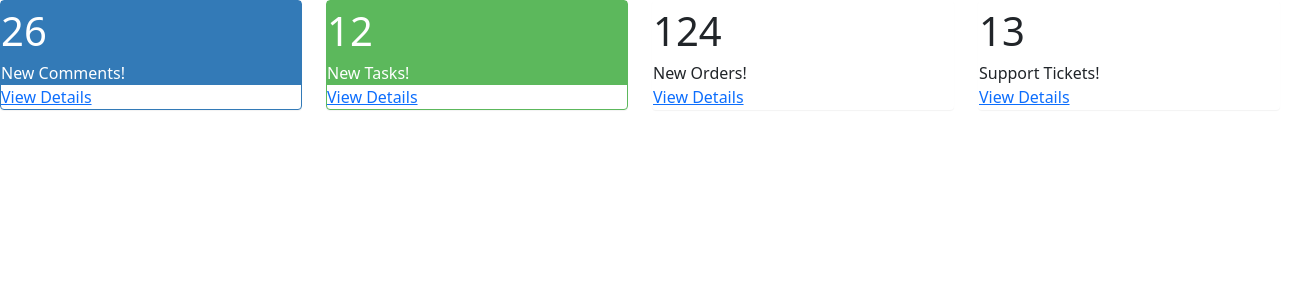
Repository: aache/call-log-management
Page: /dashboard
An editor plug-in stored every save of this project. The page is shown before and after the next save, followed by the edit.
The browser window is 1280 px wide. The page is 1292 px wide, so the pictures cover 1292 px, including what lies to the right of the window. The pictures show the whole page.
The project was rebuilt for these pictures with package versions that can differ from the ones it lists, and the page was loaded fresh each time. Also part of the build but not shown: angular.json, src/app/login/login.component.ts, src/app/vertical-navigation/vertical-navigation.component.ts.

Above is the page before, as saved 2019-01-05 16:08:15.

### src/index.html
<!doctype html>
<html lang="en">
<head>
  <meta charset="utf-8">
  <title>CallLogApp</title>

  <base href="/">

  <meta name="viewport" content="width=device-width, initial-scale=1">
  <link rel="icon" type="image/x-icon" href="favicon.ico">
</head>
<body>
  <app-root></app-root>
</body>
</html>

### src/app/app.module.ts
import { BrowserModule } from '@angular/platform-browser';
import { NgModule } from '@angular/core';
import { AppRoutingModule } from './app-routing.module';
import { ReactiveFormsModule } from '@angular/forms';

import { AppComponent } from './app.component';
import { LoginComponent } from './login/login.component';
import { DashboardComponent } from './dashboard/dashboard.component';
import { VerticalNavigationComponent } from './vertical-navigation/vertical-navigation.component';


import { LoginAuthService } from './services/login/login-auth.service';
import { AppSettings } from './app-settings';

@NgModule({
  declarations: [
    AppComponent,
    LoginComponent,
    DashboardComponent,
    VerticalNavigationComponent
  ],
  imports: [
    BrowserModule,
    AppRoutingModule,
    ReactiveFormsModule
  ],
  providers: [
    AppSettings,
    LoginAuthService
  ],
  bootstrap: [AppComponent]
})
export class AppModule { }

### src/app/app-routing.module.ts
import { NgModule } from '@angular/core';
import { Routes, RouterModule } from '@angular/router';
import { AppComponent } from './app.component';
import { LoginComponent } from './login/login.component';
import { DashboardComponent } from './dashboard/dashboard.component';

const routes: Routes = [
  {path: 'dashboard' , component: DashboardComponent},
  {path: '' , component: LoginComponent}
];

@NgModule({
  imports: [RouterModule.forRoot(routes)],
  exports: [RouterModule]
})
export class AppRoutingModule { }

### src/app/app.component.ts
import { Component } from '@angular/core';

@Component({
  selector: 'app-root',
  templateUrl: './app.component.html',
  styleUrls: ['./app.component.css' ]
})
export class AppComponent {
  title = 'call-log-app';
}

### src/app/services/login/login-auth.service.ts
import { Injectable } from '@angular/core';
import { AppSettings } from '../../app-settings';

@Injectable({
  providedIn: 'root'
})
export class LoginAuthService {

  constructor() { }
  printLogin(username: String, password: String) {
    console.log(username + '::::' + password + AppSettings.API_ENDPOINT);
  }
}

### src/app/app-settings.ts
export class AppSettings {
    public static API_ENDPOINT = 'http://127.0.0.1:3000/api/';
}

### src/app/app.component.html
<!--The content below is only a placeholder and can be replaced.-->
<!--app-vertical-navigation></app-vertical-navigation-->
<router-outlet></router-outlet>

### src/app/dashboard/dashboard.component.html
<div class="row">
  <div class="col-lg-3 col-md-6">
      <div class="panel panel-primary">
          <div class="panel-heading">
              <div class="row">
                  <div class="col-xs-3">
                      <i class="fa fa-comments fa-5x"></i>
                  </div>
                  <div class="col-xs-9 text-right">
                      <div class="huge">26</div>
                      <div>New Comments!</div>
                  </div>
              </div>
          </div>
          <a href="#">
              <div class="panel-footer">
                  <span class="pull-left">View Details</span>
                  <span class="pull-right"><i class="fa fa-arrow-circle-right"></i></span>
                  <div class="clearfix"></div>
              </div>
          </a>
      </div>
  </div>
  <div class="col-lg-3 col-md-6">
      <div class="panel panel-green">
          <div class="panel-heading">
              <div class="row">
                  <div class="col-xs-3">
                      <i class="fa fa-tasks fa-5x"></i>
                  </div>
                  <div class="col-xs-9 text-right">
                      <div class="huge">12</div>
                      <div>New Tasks!</div>
                  </div>
              </div>
          </div>
          <a href="#">
              <div class="panel-footer">
                  <span class="pull-left">View Details</span>
                  <span class="pull-right"><i class="fa fa-arrow-circle-right"></i></span>
                  <div class="clearfix"></div>
              </div>
          </a>
      </div>
  </div>
  <div class="col-lg-3 col-md-6">
      <div class="panel panel-yellow">
          <div class="panel-heading">
              <div class="row">
                  <div class="col-xs-3">
                      <i class="fa fa-shopping-cart fa-5x"></i>
                  </div>
                  <div class="col-xs-9 text-right">
                      <div class="huge">124</div>
                      <div>New Orders!</div>
                  </div>
              </div>
          </div>
          <a href="#">
              <div class="panel-footer">
                  <span class="pull-left">View Details</span>
                  <span class="pull-right"><i class="fa fa-arrow-circle-right"></i></span>
                  <div class="clearfix"></div>
              </div>
          </a>
      </div>
  </div>
  <div class="col-lg-3 col-md-6">
      <div class="panel panel-red">
          <div class="panel-heading">
              <div class="row">
                  <div class="col-xs-3">
                      <i class="fa fa-support fa-5x"></i>
                  </div>
                  <div class="col-xs-9 text-right">
                      <div class="huge">13</div>
                      <div>Support Tickets!</div>
                  </div>
              </div>
          </div>
          <a href="#">
              <div class="panel-footer">
                  <span class="pull-left">View Details</span>
                  <span class="pull-right"><i class="fa fa-arrow-circle-right"></i></span>
                  <div class="clearfix"></div>
              </div>
          </a>
      </div>
  </div>
</div>

### src/app/dashboard/dashboard.component.css
.huge {
    font-size: 40px;
  }

  .fa-comments{
    content: "\f086";
  }

  .panel {
    margin-bottom: 20px;
    background-color: #fff;
    border: 1px solid transparent;
    border-radius: 4px;
    -webkit-box-shadow: 0 1px 1px rgba(0, 0, 0, .05);
            box-shadow: 0 1px 1px rgba(0, 0, 0, .05);
  }

  .panel-primary {
    border-color: #337ab7;
  }

  .panel-primary > .panel-heading {
    color: #fff;
    background-color: #337ab7;
    border-color: #337ab7;
  }

  .panel-green {
    border-color: #5cb85c;
  }
  .panel-green > .panel-heading {
    border-color: #5cb85c;
    color: white;
    background-color: #5cb85c;
  }

Loaded but not shown: src/styles.css (common file); src/main.ts (common file); src/environments/environment.ts (common file); src/app/dashboard/dashboard.component.ts (common file); src/app/app.component.css (no stored copy; drawn as an empty file)

After the next save:
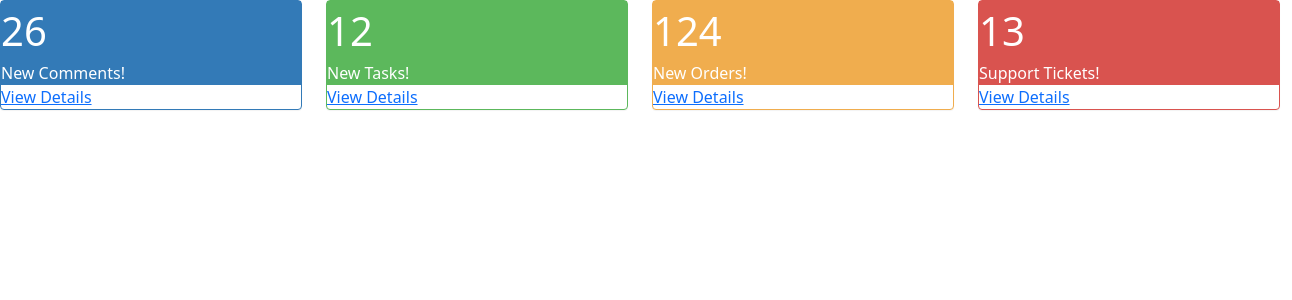
Saved 13 min 55 s later.
--- a/src/app/dashboard/dashboard.component.css
+++ b/src/app/dashboard/dashboard.component.css
@@ -33,3 +33,21 @@
     color: white;
     background-color: #5cb85c;
   }
+
+  .panel-red {
+    border-color: #d9534f;
+  }
+  .panel-red > .panel-heading {
+    border-color: #d9534f;
+    color: white;
+    background-color: #d9534f;
+  }
+
+  .panel-yellow {
+    border-color: #f0ad4e;
+  }
+  .panel-yellow > .panel-heading {
+    border-color: #f0ad4e;
+    color: white;
+    background-color: #f0ad4e;
+  }
